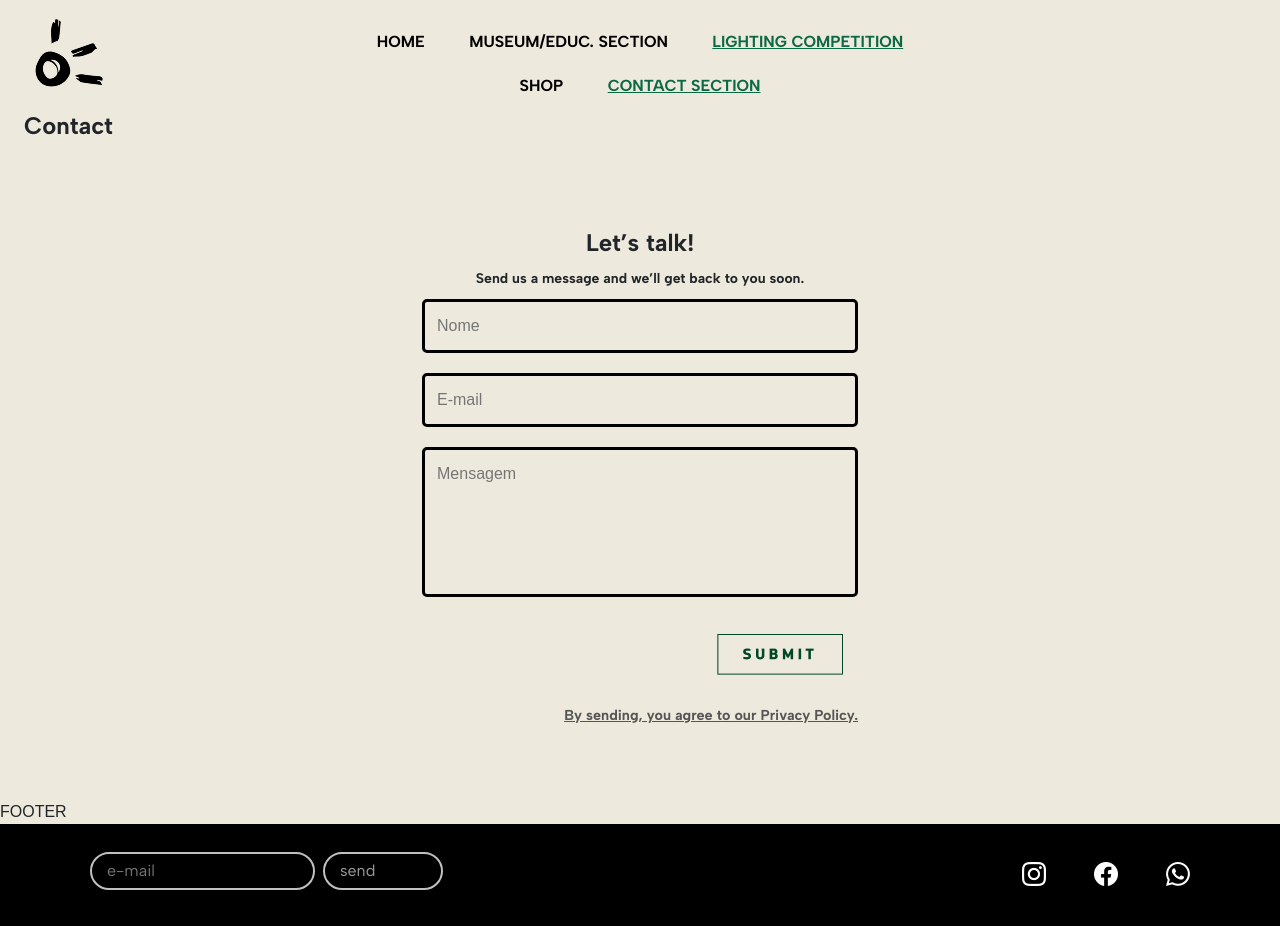
Repository: veronicamdiaz/Landing-Page-Practices
Page: contact-section.html
The author's editor kept a copy of each file at every save. The page is drawn from the files as they stood at one save, then again after the next save.
The browser window is 1280 px wide. The pictures show the whole page.

Above is the page before, as saved 2025-06-02 17:31:04.
Console error: TypeError: Cannot read properties of null (reading 'addEventListener')

After the next save:
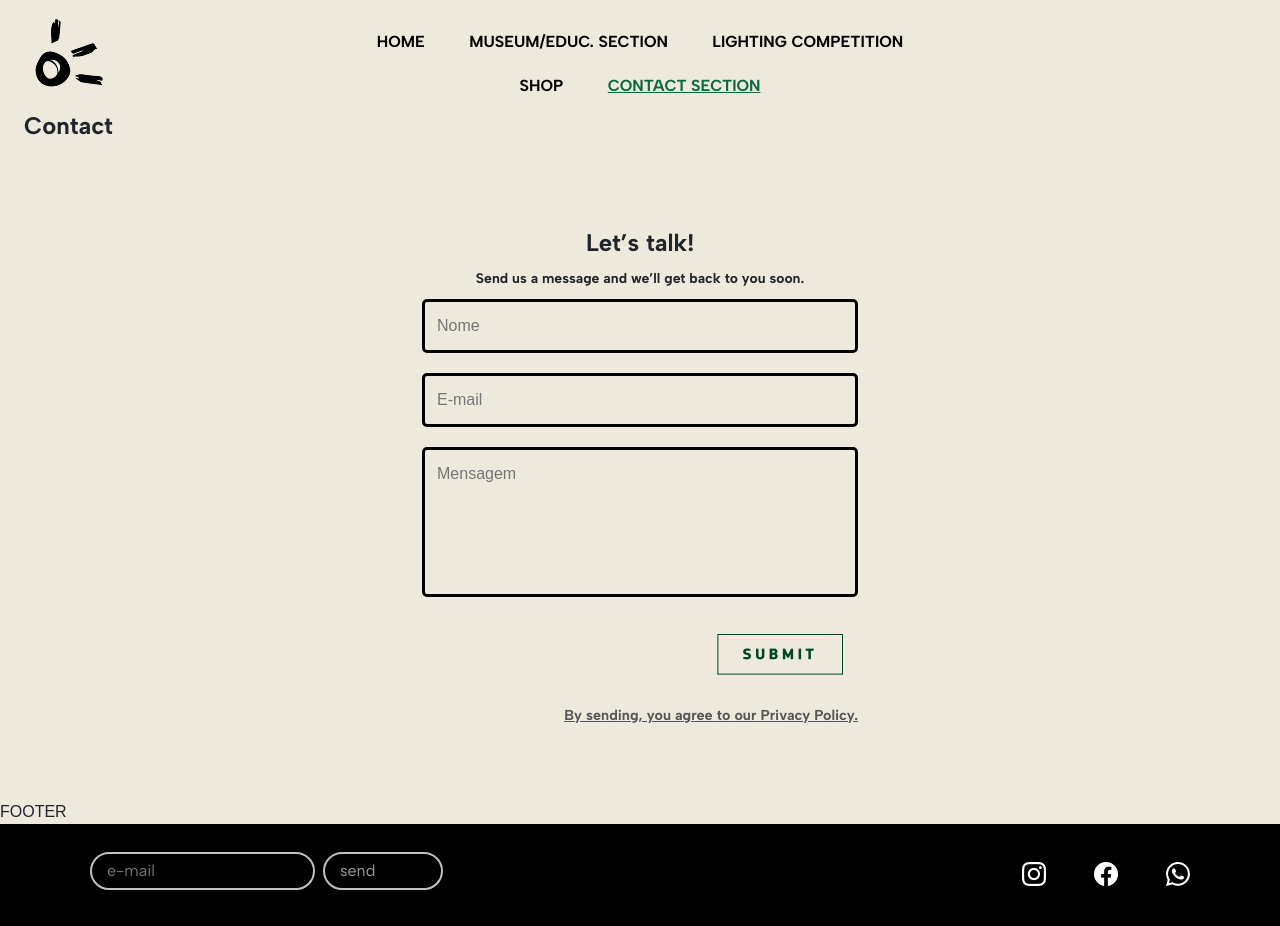
Saved 5 min 40 s later.
--- a/contact-section.html
+++ b/contact-section.html
@@ -28,9 +28,9 @@
         <nav id="cabecalho" class="mb-2 px-4">
             <a href="index.html" class="nav-link" data-bs-toggle="tab" data-bs-target="#home-page">HOME</a>
             <a href="museum-educational-section.html" class="nav-link" data-bs-toggle="tab" data-bs-target="#museum-educational-section">MUSEUM/EDUC. SECTION</a>
-            <a href="competition-section.html" class="nav-link-active" data-bs-toggle="tab" data-bs-target="#competition-section">LIGHTING COMPETITION</a>
+            <a href="competition-section.html" class="nav-link" data-bs-toggle="tab" data-bs-target="#competition-section">LIGHTING COMPETITION</a>
             <a href="shop-section.html" class="nav-link" data-bs-toggle="tab" data-bs-target="#shop-section">SHOP</a>
-            <a href="contact-section.html" class="nav-link" data-bs-toggle="tab" data-bs-target="#contact-section">CONTACT SECTION</a>
+            <a href="contact-section.html" class="nav-link-active" data-bs-toggle="tab" data-bs-target="#contact-section">CONTACT SECTION</a>
         </nav>
     </div>
 </header>
